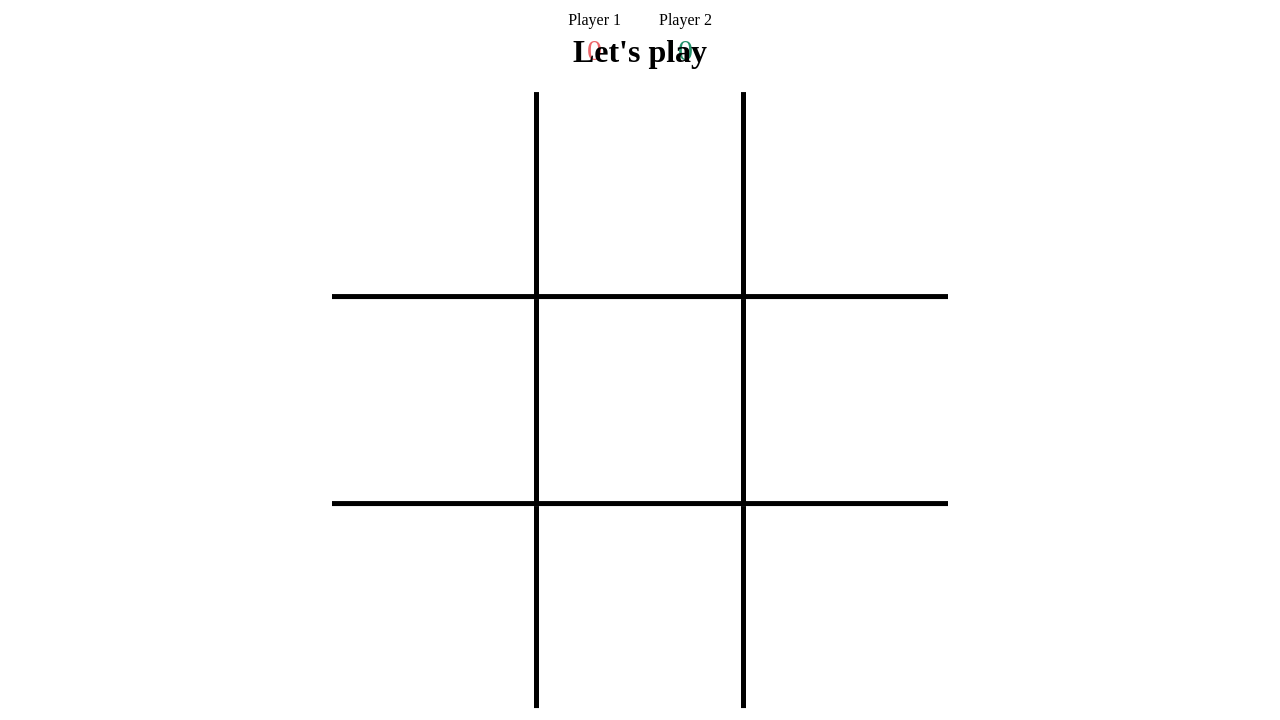
Repository: anas-essaguiar/epita.advancedWeb
Page: tictatoe/index.html
These files come from the project's save history. The page is drawn as it stood at one moment and after the next save; the edit follows.
The browser window is 1280 px wide. The pictures show the whole page.

Above is the page before, as saved 2021-04-23 15:23:04.

### tictatoe/index.html
<!DOCTYPE html>
<html>

<head>
    <meta charset="UTF-8">
    <title>TIC TAC TOE</title>
    <link rel="stylesheet" href="style.css">
</head>

<body>
    <table id="scoreboard" align="center">
        <tr>
            <td> Player 1 </td>
            <td width="30"> &nbsp; </td>
            <td> Player 2 </td>
        </tr>
        <tr>
            <td class="score" id="player1">
                0
            </td>
            <td> &nbsp; </td>
            <td class="score" id="player2">
                0
            </td>
        </tr>
    </table>
    <div class="centered">
        <h1>Let's play</h1>
        <table id="table1">
            <tr>
                <td class="col"></td>
                <td class="col"></td>
                <td class="col"></td>
            </tr>
            <tr>
                <td class="col"></td>
                <td class="col"></td>
                <td class="col"></td>
            </tr>
            <tr>
                <td class="col"></td>
                <td class="col"></td>
                <td class="col"></td>
            </tr>
        </table>
    </div>

    <script type="text/javascript" defer src="js/app.js"></script>
</body>

</html>

### tictatoe/style.css

.col{
    border: 5px solid black;
    width: 200px;
    height: 200px;
}

#players {
	display: flex;
	width: 50%;
	margin: auto;
}
#scoreboard .score {
    text-align: center;
    font-size: 30px
  }

  #scoreboard .score#player1 {
    color: #ED676B;
  }

  #scoreboard .score#player2 {
    color: #23916B;
  }

.player {
	width: 50%;
	text-align: center;
	font-size: 30px;
}

.player.active {
	font-weight: bold;
}

#table1 {
    border-collapse: collapse;
    border-style: hidden;
    color: black;
    border-spacing: 10px;
    border-collapse: collapse;
}
.centered {
    text-align: center;
    position: absolute;
    top: 50%;
    left: 50%;
    margin-right: -50%;
    transform: translate(-50%, -50%);
  }

  .col:hover {
	background-color: grey;
}

### tictatoe/js/app.js
let cols = document.querySelectorAll(".col")
let current_player = 1;

cols.forEach((col) => {
    col.onclick = (e) => {
        // Checked if the player can click on the cell
        if (e.target.innerHTML == "") {
            // Put the symbol in the col
            e.target.innerHTML = document.querySelector('.player' + current_player + '_play').innerHTML;

            // check the end of the game

            // remove the active class from the current_player
            document.querySelector(".player" + current_player).classList.remove("active");

            // Switch the current_player after playing
            if (current_player == 1) {
                current_player = 2;
            } else {
                current_player = 1;
            }

            // Add the active class to current_player
            document.querySelector(".player" + current_player).classList.add("active");
        } else {
            // When a player play in a not empty cell
            alert('You can play here someone alreay play there !')
        }
    }
});

After the next save:
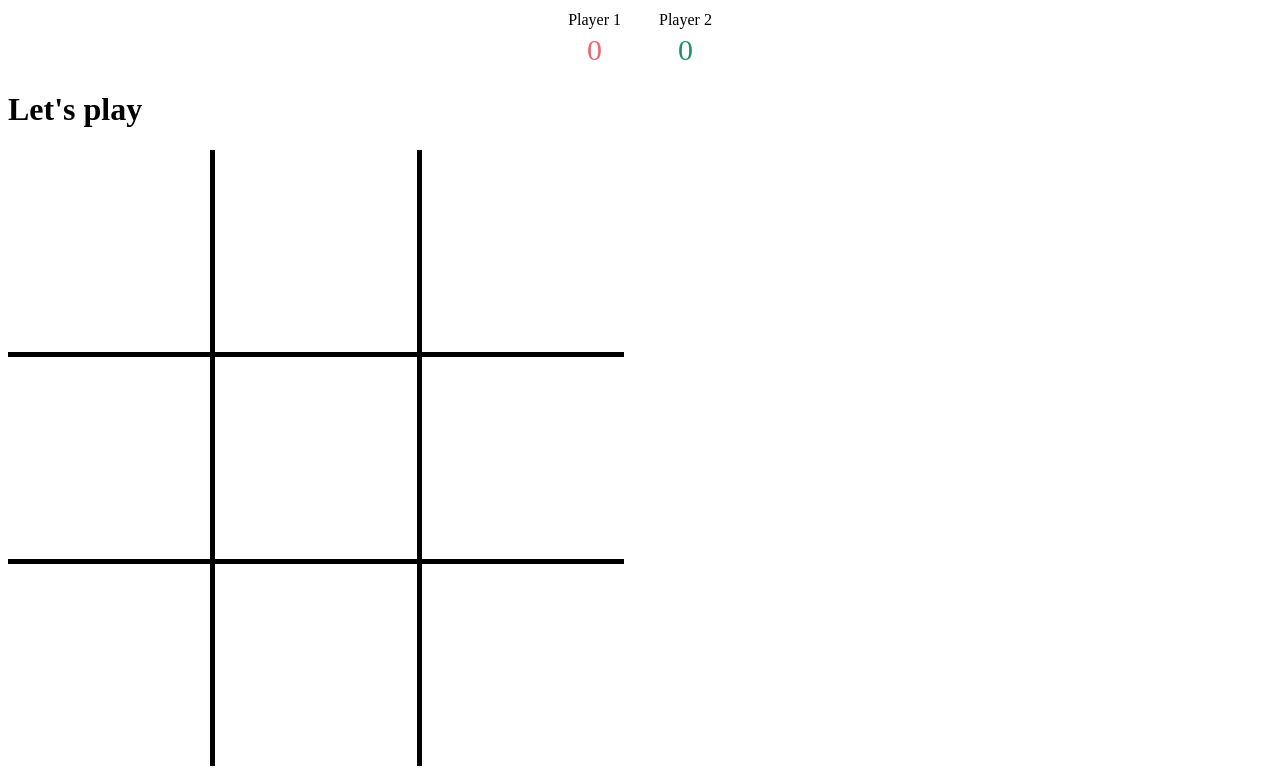
Saved 70 s later.
--- a/tictatoe/style.css
+++ b/tictatoe/style.css
@@ -23,15 +23,7 @@
     color: #23916B;
   }
 
-.player {
-	width: 50%;
-	text-align: center;
-	font-size: 30px;
-}
 
-.player.active {
-	font-weight: bold;
-}
 
 #table1 {
     border-collapse: collapse;
@@ -40,14 +32,7 @@
     border-spacing: 10px;
     border-collapse: collapse;
 }
-.centered {
-    text-align: center;
-    position: absolute;
-    top: 50%;
-    left: 50%;
-    margin-right: -50%;
-    transform: translate(-50%, -50%);
-  }
+
 
   .col:hover {
 	background-color: grey;
